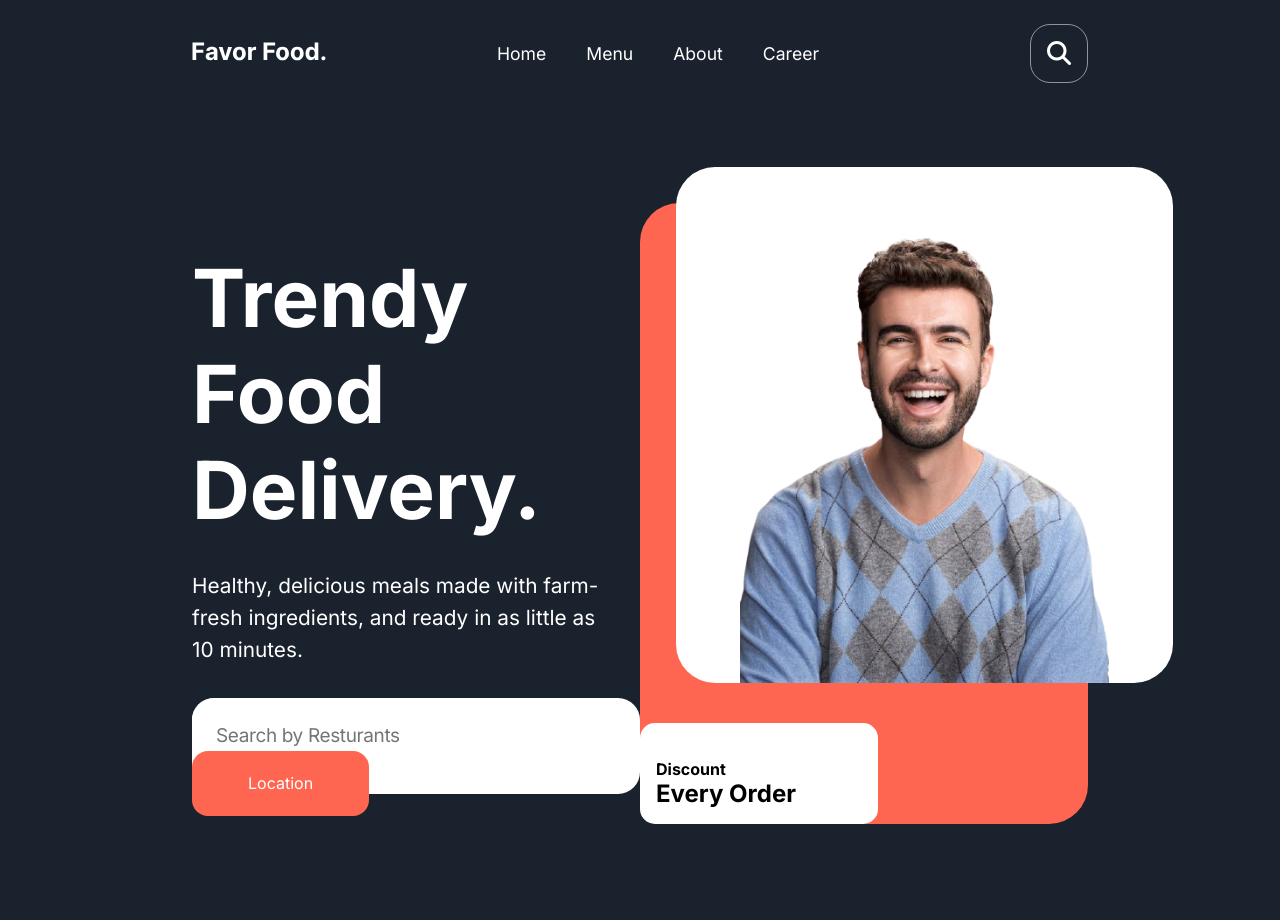
Repository: badhon252/favor-food
Page: index.html
An editor plug-in stored every save of this project. The page is shown before and after the next save, followed by the edit.
The browser window is 1280 px wide. The pictures show the whole page.
The style sheet was rebuilt from its Sass, Less or Tailwind sources for each picture, by a compiler version that may differ from the author's.

Above is the page before, as saved 2022-09-10 17:04:19.

After the next save:
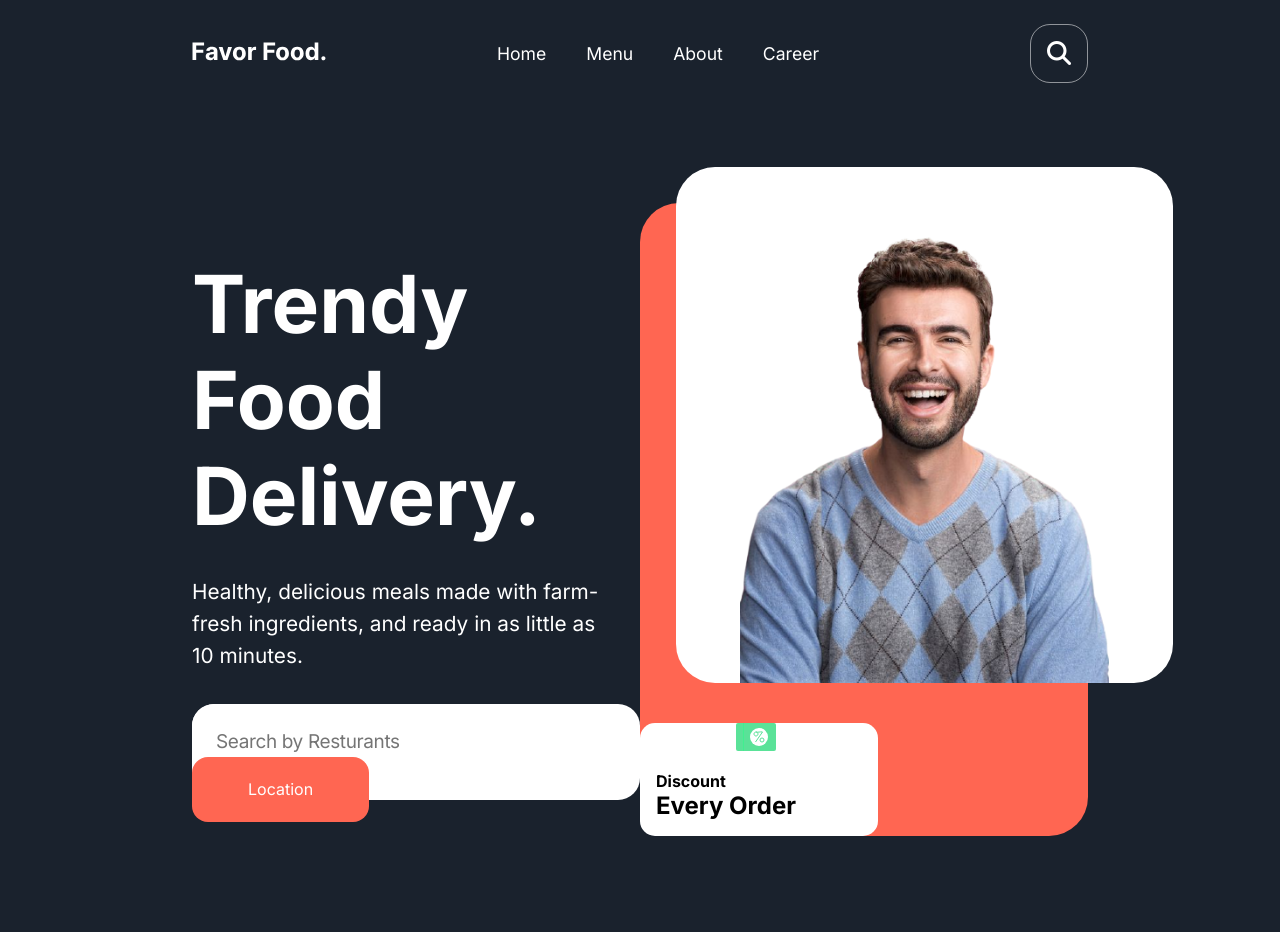
Saved 40 s later.
--- a/index.html
+++ b/index.html
@@ -53,7 +53,7 @@
 
                             <img src="./images/image 624.svg" alt="">
                             <div class="discount-card">
-                                <img src="" alt="">
+                                <img src="./images/Group 4347.svg" alt="">
                                 <div class="discount">
                                     <h4>Discount</h4>
                                     <h2>Every Order</h2>
